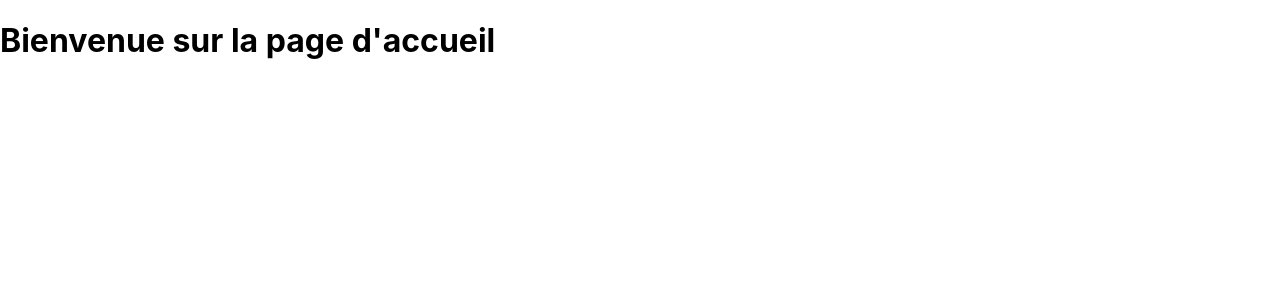
Repository: sarramz/ProjetBI-AI-dev
Page: /
These files come from the project's save history. The page is drawn as it stood at one moment and after the next save; the edit follows.
The browser window is 1280 px wide. The pictures show the whole page.
The project was rebuilt for these pictures with package versions that can differ from the ones it lists, and the page was loaded fresh each time. Also part of the build but not shown: vite.config.js, src/pages/NotFoundPage.jsx.

Above is the page before, as saved 2025-02-23 10:31:53.

After the next save:
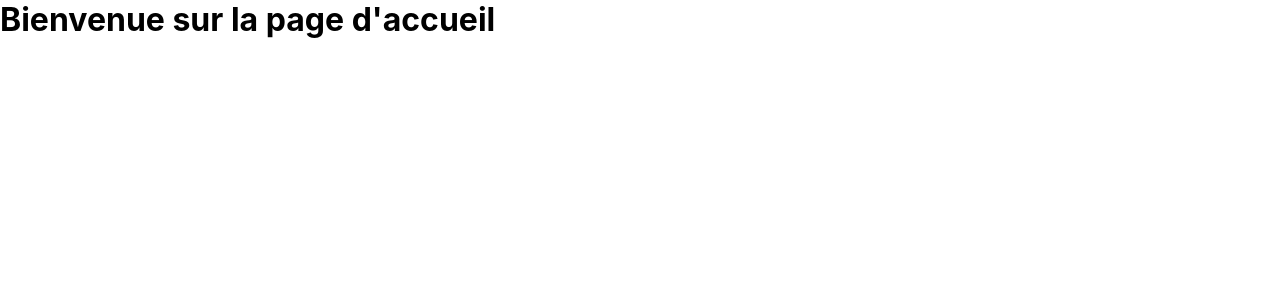
Saved 12 s later.
--- a/src/pages/style.css
+++ b/src/pages/style.css
@@ -1,45 +1,54 @@
+* {
+  margin: 0;
+  padding: 0;
+  box-sizing: border-box;
+}
+
 .not-found-container {
   display: flex;
   align-items: center;
-  justify-content: flex-start; /* Décale tout à gauche */
-  padding: 50px;
+  justify-content: space-between;
+  width: 100vw;
   height: 100vh;
-  gap: 50px; /* Espacement entre l'image et le texte */
-}
-
-.image-container {
-  flex: 1.5; /* Donne plus d'espace à l'image */
-  display: flex;
-  justify-content: flex-start; /* Décale l’image encore plus à gauche */
-}
-
-.image-container img {
-  width: 100%; /* Rend l'image plus grande */
-  max-width: 700px; /* Évite qu'elle ne devienne trop énorme */
+  padding: 5%;
+  background-color: #f8f9fa; /* Fond léger pour un bon contraste */
 }
 
 .text-container {
   flex: 1;
   text-align: left;
+  padding-left: 5%;
 }
 
 .text-container h2 {
-  font-size: 48px; /* Plus grand pour être bien lisible */
+  font-size: 64px; /* Plus grand pour bien remplir l'espace */
   color: #2c3e50;
-  white-space: nowrap; /* Force le texte sur une seule ligne */
+  white-space: nowrap; /* Garde le texte sur une seule ligne */
 }
 
 .back-button {
   display: inline-block;
   margin-top: 20px;
-  padding: 12px 24px;
+  padding: 15px 30px;
   background-color: #3498db;
   color: white;
   text-decoration: none;
-  border-radius: 5px;
-  font-size: 18px;
+  border-radius: 8px;
+  font-size: 20px;
 }
 
 .back-button:hover {
   background-color: #2980b9;
 }
+
+.image-container {
+  flex: 1;
+  display: flex;
+  justify-content: flex-end; /* Décale l’image à droite */
+  align-items: center;
+}
+
+.image-container img {
+  width: 90%; /* L’image prend plus de place */
+  max-width: 700px; /* Taille max pour éviter qu'elle dépasse trop */
+}
